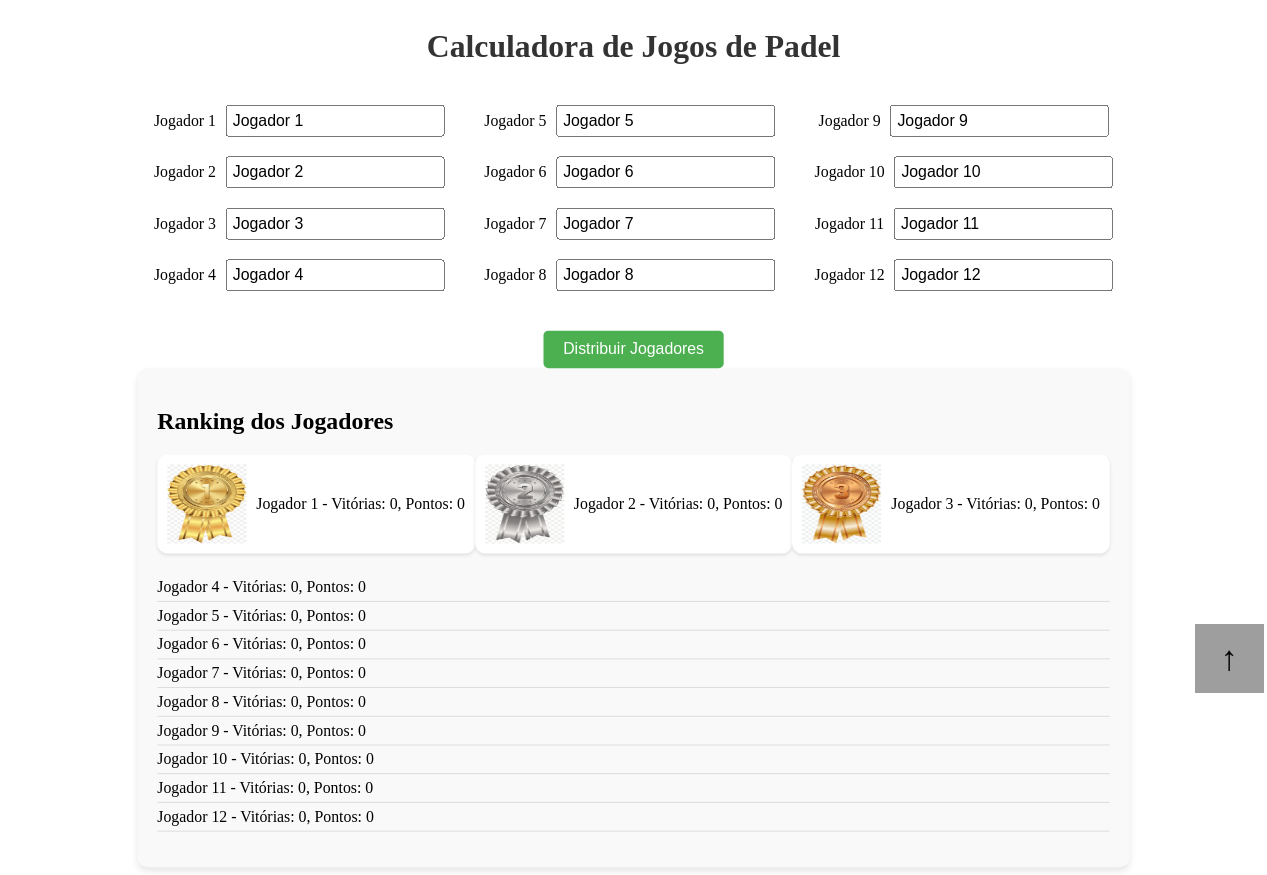
Repository: MarcioMiguel22/PadelMaster
Page: /calculadora
An editor plug-in stored every save of this project. The page is shown before and after the next save, followed by the edit.
The browser window is 1280 px wide. The pictures show the whole page, at 99% of full size.
Pictures or frames that could not be fetched are drawn as grey boxes. The project was rebuilt for these pictures with package versions that can differ from the ones it lists, and the page was loaded fresh each time. Also part of the build but not shown: vite.config.ts, src/pages/Home/Home.tsx, src/components/components_calculadora/Campo.tsx, src/components/components_calculadora/Jogo.tsx, src/index.css.

Above is the page before, as saved 2024-06-14 12:15:35.

After the next save:
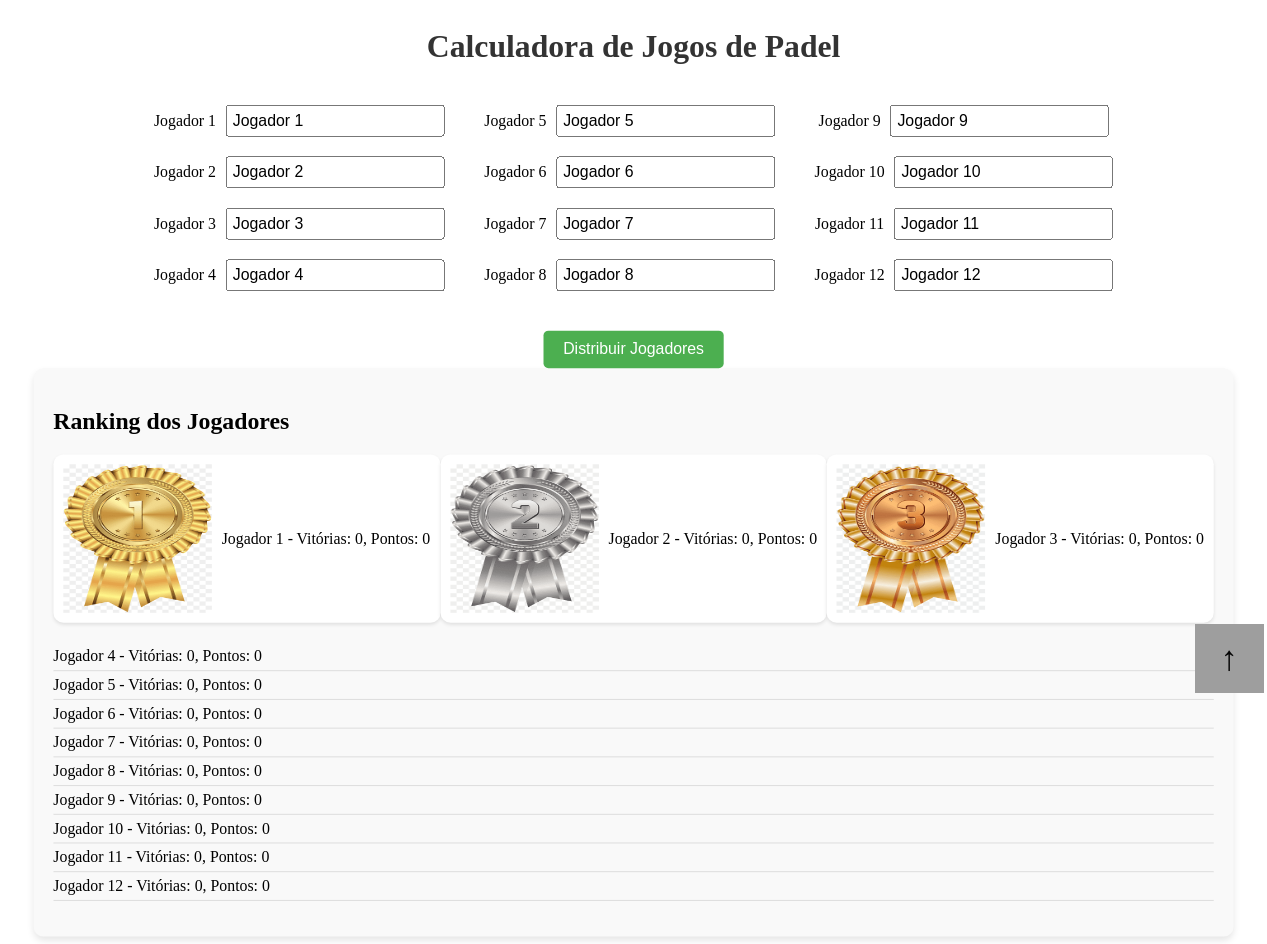
Saved 14 s later.
--- a/src/components/components_calculadora/Ranking.module.css
+++ b/src/components/components_calculadora/Ranking.module.css
@@ -21,8 +21,8 @@
 }
 
 .medalha {
-  width: 80px;
-  height: 80px;
+  width: 150px;
+  height: 150px;
   margin-right: 10px;
 }
 
